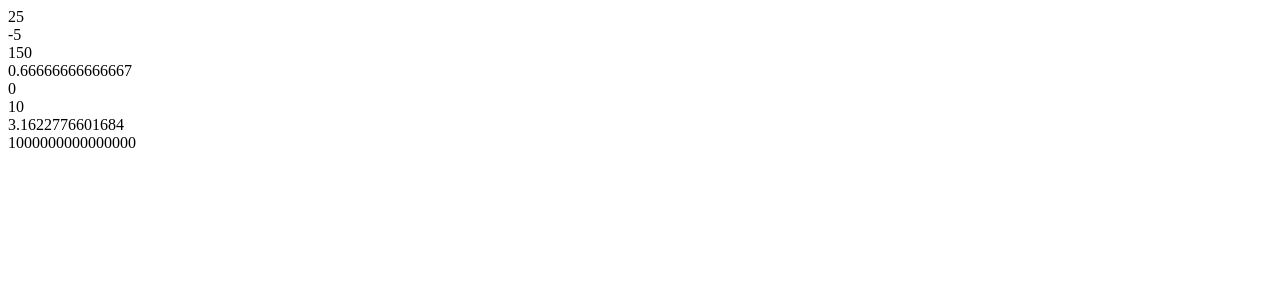
Repository: motiejus1/02-paskaita-PHP-05.31
Page: http://localhost/
The author's editor kept a copy of each file at every save. The page is drawn from the files as they stood at one save, then again after the next save.
The browser window is 1280 px wide. The pictures show the whole page.
The page is run by PHP 8.4 with error messages shown; the project is at /var/www/html/.

Above is the page before, as saved 2021-07-23 18:24:12.

After the next save:
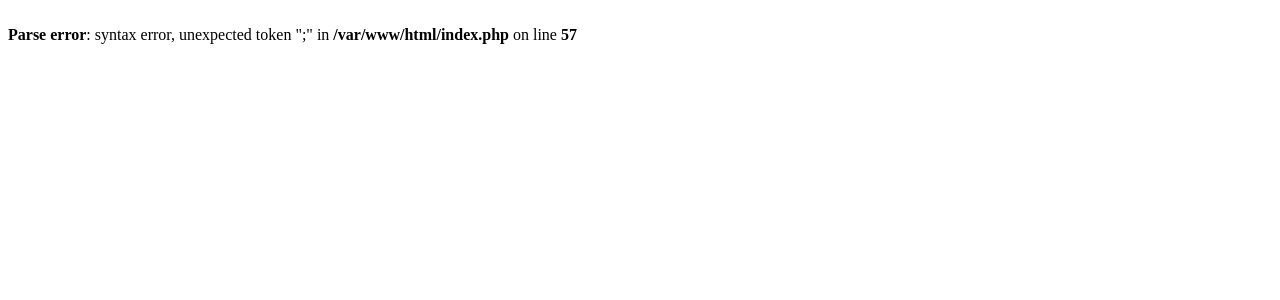
Saved 4 s later.
--- a/index.php
+++ b/index.php
@@ -52,7 +52,7 @@
 
     //bet kokio laipsnio saknis
 
-    $ntoji
+    $ntojisaknis =
 
     ?>
 </body>

After the save that followed:
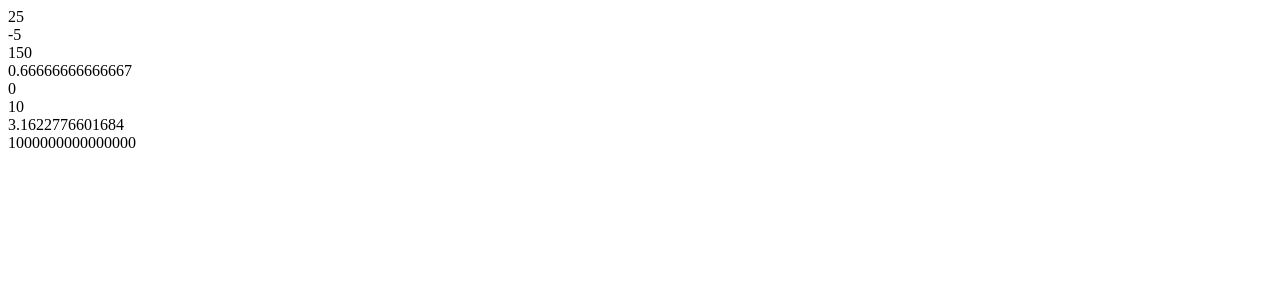
Saved 7 s later.
--- a/index.php
+++ b/index.php
@@ -52,7 +52,7 @@
 
     //bet kokio laipsnio saknis
 
-    $ntojisaknis =
+    $ntojisaknis = $sk1
 
     ?>
 </body>
